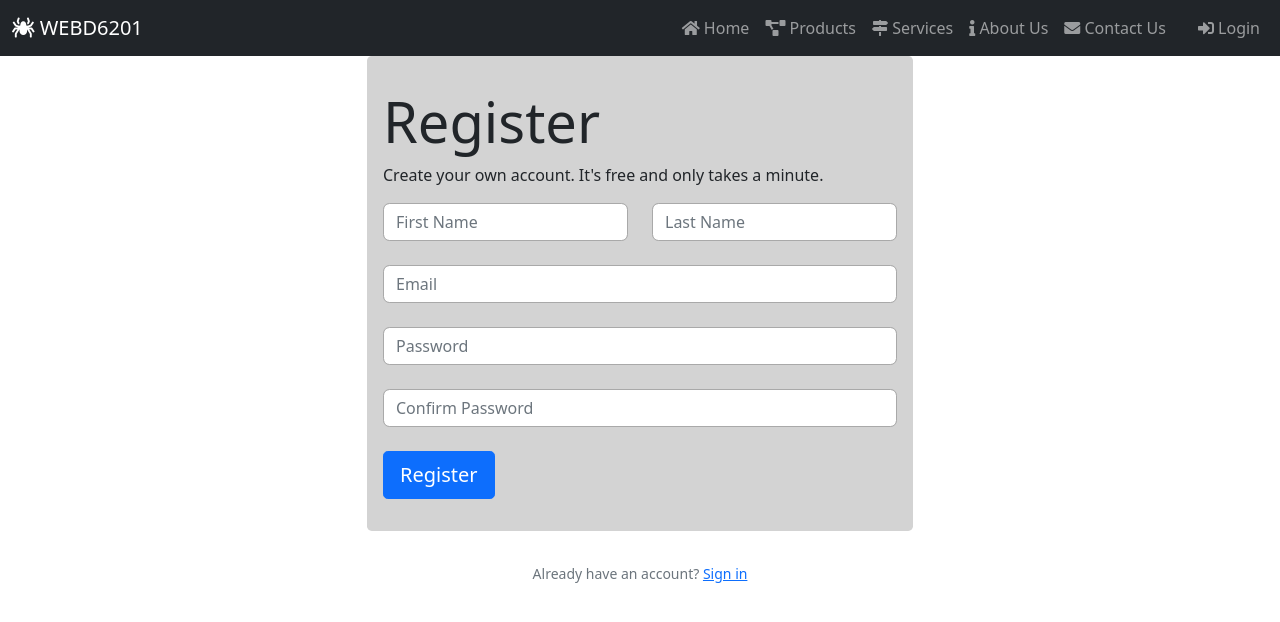
Repository: soumyann/soumyann11.github.io
Page: register.html
The author's editor kept a copy of each file at every save. The page is drawn from the files as they stood at one save, then again after the next save.
The browser window is 1280 px wide. The pictures show the whole page.

Above is the page before, as saved 2022-02-27 14:25:00.
Console error: TypeError: $(...).class is not a function

### register.html
<!DOCTYPE html>
<html lang="en">

<head>
  <meta charset="UTF-8">
  <meta http-equiv="X-UA-Compatible" content="IE=edge">
  <meta name="viewport" content="width=device-width, initial-scale=1.0">
  <title>Register</title>
  <!-- CSS Section -->
  <link rel="stylesheet" href="./node_modules/bootstrap/dist/css/bootstrap.min.css">
  <link rel="stylesheet" href="./node_modules/@fortawesome/fontawesome-free/css/all.min.css">
  <link rel="stylesheet" href="./Content/app.css">
</head>

<body>
  <header></header>

  <!-- Main Content -->
  <main class="container" id="mainContent">
    <div class="row">
      <div class="offset-md-3 col-md-6 col-sm-12">
        <div class="login" id="contentArea">
          <h1 class="display-4">Register</h1>
          <form id="registerForm" novalidate>
            <p class="hint-text">Create your own account. It's free and only takes a minute.</p>

            <div class="form-group">
              <div class="row">
                <div class="col-md-6">
                  <input class="form-control" type="text" name="firstName" id="FirstName" placeholder="First Name"
                    required>
                </div>
                <div class="col-md-6">
                  <input class="form-control" type="text" name="lastName" id="lastName" placeholder="Last Name"
                    required>
                </div>
              </div>
            </div>
            <br />

            <div class="form-group">
              <div class="row">
                <div class="col-md-12">
                  <input type="email" class="form-control" id="emailAddress" name="emailAddress" required value=""
                    placeholder="Email">
                </div>
              </div>

            </div><br />

            <div class="form-group">
              <div class="row">
                <div class="col-md-12">
                  <input type="password" class="form-control" id="password" name="password" required value=""
                    placeholder="Password">
                </div>
              </div>

            </div><br />

            <div class="form-group">
              <div class="row">
                <div class="col-md-12">
                  <input type="password" class="form-control" id="confirmPassword" name="confirmPassword" required
                    value="" placeholder="Confirm Password">
                </div>
              </div>

            </div><br />


            <div class="text-right">
              <button id="submitButton" type="submit" class="btn btn-primary btn-lg">Register</button>
            </div>
          </form>

        </div>
        <p class="text-center text-muted small">
          Already have an account?
          <a href="login.html">Sign in</a>
        </p>
      </div>
    </div>
  </main>


  <!-- Scripting Section -->
  <script src="./node_modules/jquery/dist/jquery.min.js"></script>
  <script src="./node_modules/bootstrap/dist/js/bootstrap.min.js"></script>

  <script src="./Scripts/namespace.js"></script>
  <script src="./Scripts/contact.js"></script>
  <script src="./Scripts/app.js"></script>
</body>

</html>

### Content/app.css
.input-group-addon:first-child
{
    border-right: 0;
}

.input-group-addon
{
    padding: 6px 12px;
    font-size: 14px;
    font-weight: 400;
    line-height: 1;
    text-align: center;
    border: 1px solid darkgrey;
    border-radius: 4xpx;
}

.input-group-addon .fa
{
    font-size: 18px;
}

.input-group .form-control
{
    position:relative;
    z-index: 2;
    float:left;
    margin-bottom: 0;
}

.input-group .form-control:last-child
{
    border-top-left-radius: 0;
    border-bottom-left-radius: 0;
}



.login
{
    padding: 2rem 1rem;
    margin-bottom: 2rem;
    background-color: lightgrey;
    border-radius: .3rem;
}

.login input
{
    background-color: white;
    border-color: darkgrey;
    border-radius: .4em;
    width: 100%;
}

### Scripts/namespace.js
"use strict";
let core;

### Scripts/contact.js
(function (core){

    class Contact
    {

        //public properties (getters and setters)
        get FullName()
        {
            return this.m_fullName;
        }
        set FullName(fullName)
        {
            this.m_fullName=fullName;
        }

        get ContactNumber()
        {
            return this.m_contactNumber;
        }
        set ContactNumber(contactNumber)
        {
            this.m_contactNumber=contactNumber;
        }

        get EmailAddress()
        {
            return this.m_emailAddress;
        }
        set EmailAddress(emailAddress)
        {
            this.m_emailAddress=emailAddress;
        }

        //constructor

        constructor(fullName="", contactNumber="", emailAddress="")
        {
            this.FullName=fullName;
            this.ContactNumber=contactNumber;
            this.EmailAddress=emailAddress;
        }

        //Public methods

        serialize()
        {
            if(this.FullName !== "" && this.ContactNumber !== "" && this.EmailAddress !== "")
            {
                return `${this.FullName},${this.ContactNumber},${this.EmailAddress}`;
            }
            console.error("One or more properties of the Contact Object are missing or empty");
            return null;
        }

        deserialize(data) // assume that the data object is a comma-separated list of properties
        {
            let propertyArray = data.split(",");
            this.FullName = propertyArray[0];
            this.ContactNumber = propertyArray[1];
            this.EmailAddress = propertyArray[2];
        }

        // public overrides

        toString()
        {
            return `Full Name     : ${this.FullName}\nContact Number: ${this.ContactNumber}\nEmail Address : ${this.EmailAddress}`;
        }


    }

     core.Contact = Contact;
})(core || (core = {}));

### Scripts/app.js
// IIFE -- Immediately Invoked Function Expression
// AKA Anonymous Self-Executing Function
(function()
{
    /**
     * This method uses AJAX to open a connection to the url and returns data to the callback function
     *
     * @param {string} method
     * @param {string} url
     * @param {Function} callback
     */
    function AjaxRequest(method, url, callback)
    {
        // step 1 - instantiate an XHR object
        let XHR = new XMLHttpRequest();

        // step 2 - create an event listener / handler for readystatechange event
        XHR.addEventListener("readystatechange", () =>
        {
            if(XHR.readyState === 4 && XHR.status === 200)
            {
               callback(XHR.responseText);
            }
        });

        // step 3 - open a connection to the server
        XHR.open(method, url);

        // step 4 - send the request to the server
        XHR.send();
    }

    /**
     * This function loads the NavBar from the header file and injects it into the page
     *
     * @param {string} data
     */
    function LoadHeader(data)
    {
        $("header").html(data); // data payload
        $(`li>a:contains(${document.title})`).addClass("active"); // add a class of 'active'
        CheckLogin();
    }


    function DisplayAboutPage()
    {
        console.log("About Us Page");
    }

    function DisplayProductsPage()
    {
        console.log("Products Page");
    }

    function DisplayServicesPage()
    {
        console.log("Services Page");
    }


    function DisplayHomePage()
    {
        console.log("Home Page");

        $("#AboutUsButton").on("click", function()
        {
            location.href = "about.html";
        });

        $("main").append(`<p id="MainParagraph" class="mt-3">This is the Main Paragraph</p>`);
        //Article.innerHTML = ArticleParagraph;
        $("body").append(`<article class="container">
        <p id="ArticleParagraph" class="mt-3">This is the Article Paragraph</p>
        </article>`);
    }

    /**
     * Adds a Contact Object to localStorage
     *
     * @param {string} fullName
     * @param {string} contactNumber
     * @param {string} emailAddress
     */
    function AddContact(fullName, contactNumber, emailAddress)
    {
        let contact = new core.Contact(fullName, contactNumber, emailAddress);
        if(contact.serialize())
        {
            let key = contact.FullName.substring(0, 1) + Date.now();

            localStorage.setItem(key, contact.serialize());
        }
    }

    /**
     * This method validates an input text field in the form and displays
     * an error in the message area div element
     *
     * @param {string} input_field_ID
     * @param {RegExp} regular_expression
     * @param {string} error_message
     */
    function ValidateField(input_field_ID, regular_expression, error_message)
    {
        let messageArea = $("#messageArea").hide();

        $("#" + input_field_ID).on("blur", function()
        {
            let input_text_field = $(this).val();
            if(!regular_expression.test(input_text_field))
            {
                $(this).trigger("focus").trigger("select");
                messageArea.addClass("alert alert-danger").text(error_message).show();
            }
            else
            {
                messageArea.removeAttr("class").hide();
            }
        });
    }

    function ContactFormValidation()
    {
        ValidateField("fullName",/^([A-Z][a-z]{1,3}.?\s)?([A-Z][a-z]{1,25})+(\s|,|-)([A-Z][a-z]{1,25})+(\s|,|-)*$/,"Please enter a valid Full Name. This must include at least a Capitalized first name followed by a Capitalized last Name.");
        ValidateField("contactNumber",/^(\+\d{1,3}[\s-.])?\(?\d{3}\)?[\s-.]?\d{3}[\s-.]?\d{4}$/,"Please enter a valid Contact Number. Example: (905) 555-5555");
        ValidateField("emailAddress",/^[a-zA-Z0-9._-]+@[a-zA-Z0-9.-]+\.[a-zA-Z]{2,10}$/,"Please enter a valid Email Address.");
    }

    function DisplayContactPage()
    {
        console.log("Contact Us Page");

        ContactFormValidation();

        let sendButton = document.getElementById("sendButton");
        let subscribeCheckbox = document.getElementById("subscribeCheckbox");

        sendButton.addEventListener("click", function(event)
        {
            //event.preventDefault();

            if(subscribeCheckbox.checked)
            {
                AddContact(fullName.value, contactNumber.value, emailAddress.value);
            }
        });
    }

    function DisplayContactListPage()
    {
        console.log("Contact-List Page");

        if(localStorage.length > 0) // check if localStorage has something in it
        {
            let contactList = document.getElementById("contactList");

            let data = "";

            let keys = Object.keys(localStorage);

            let index = 1;

            //for every key in the keys collection loop
            for(const key of keys)
            {
                let contactData = localStorage.getItem(key); // retrieve contact data from localStorage

                let contact = new core.Contact(); // create an empty Contact Object
                contact.deserialize(contactData);

                data += `<tr>
                <th scope="row" class="text-center">${index}</th>
                <td>${contact.FullName}</td>
                <td>${contact.ContactNumber}</td>
                <td>${contact.EmailAddress}</td>
                <td class="text-center"><button value="${key}" class="btn btn-primary btn-sm edit"><i class="fas fa-edit fa-sm"></i> Edit</button></td>
                <td class="text-center"><button value="${key}" class="btn btn-danger btn-sm delete"><i class="fas fa-trash-alt fa-sm"></i> Delete</button></td>
                </tr>
                `;



                index++;
            }

            contactList.innerHTML = data;

            $("#addButton").on("click", () =>
            {
                location.href = "edit.html#add";
            });

            $("button.delete").on("click", function()
            {
                if(confirm("Are you sure?"))
                {
                    localStorage.removeItem($(this).val());
                }

                location.href = "contact-list.html";
            });

            $("button.edit").on("click", function()
            {
                location.href = "edit.html#" + $(this).val();
            });
        }
    }

    function DisplayEditPage()
    {
        console.log("Edit Page");

        ContactFormValidation();

        let page = location.hash.substring(1);

        switch(page)
        {
            case "add":
                {
                    $("main>h1").text("Add Contact");

                    $("#editButton").html(`<i class="fas fa-plus-circle fa-lg"></i> Add`);

                    $("#editButton").on("click", (event) =>
                    {
                        event.preventDefault();
                        // Add Contactt
                        AddContact(fullName.value, contactNumber.value, emailAddress.value);
                        // Refresh the contact-list page
                        location.href ="contact-list.html";
                    });

                    $("#cancelButton").on("click", () =>
                    {
                        location.href ="contact-list.html";
                    });

                }
                break;
            default:
                {
                    // get the contact info from localStorage
                    let contact = new core.Contact();
                    contact.deserialize(localStorage.getItem(page));

                    // display the contact info in the edit form
                    $("#fullName").val(contact.FullName);
                    $("#contactNumber").val(contact.ContactNumber);
                    $("#emailAddress").val(contact.EmailAddress);

                    // when Edit is pressed - update the contact
                    $("#editButton").on("click", (event)=>
                    {
                        event.preventDefault();

                        // get any changes from the form
                        contact.FullName = $("#fullName").val();
                        contact.ContactNumber = $("#contactNumber").val();
                        contact.EmailAddress = $("#emailAddress").val();

                        // replace the item in localStorage
                        localStorage.setItem(page, contact.serialize());

                        // return to the contact-list
                        location.href ="contact-list.html";
                    });

                    $("#cancelButton").on("click", () =>
                    {
                        location.href ="contact-list.html";
                    });

                }
                break;
        }
    }

    function DisplayLoginPage()
    {
        console.log("Login Page");

        let messageArea = $("#messageArea");
        messageArea.hide();

        $("#loginButton").on("click", function()
        {
            let success = false;

            // create an empty User object
            let newUser = new core.User();

            // use jQuery shortcut to load the users.json file
            $.get("./Data/users.json", function(data)
            {
                // for everry user in the users.json file, loop
                for (const user of data.users)
                {
                    // check if the username and password entered match with user
                    if(username.value == user.Username && password.value == user.Password)
                    {
                        // get the user data from the file and assign it to our empty user object
                        newUser.fromJSON(user);
                        success = true;
                        break;
                    }
                }

                 // if username and password matches - success...perform the login sequence
                if(success)
                {

                    // add user to session storage
                    sessionStorage.setItem("user", newUser.serialize());

                    // hide any error messages
                    messageArea.removeAttr("class").hide();

                    // redirect the user to the secure area of our site - contact-list
                    location.href = "contact-list.html";


                }
                else
                {
                    // display an error message
                    $("#username").trigger("focus").trigger("select");
                    messageArea.addClass("alert alert-danger").text("Error: Invalid Login Information.").show();
                }
            });



            $("#cancelButtton").on("click", function()
            {
                // clear the login form
                document.forms[0].reset();

                // return to  the home page
                location.href = "index.html";
            });
        });
    }

    function CheckLogin()
    {
        // if user is logged in
        if(sessionStorage.getItem("user"))
        {
            // swap out the login link for the logout link
            $("#login").html(
                `<a id="logout" class="nav-link" href="#"><i class="fas fa-sign-out-alt"></i> Logout</a>`
            );

            $("#loginUser").text(sessionStorage.getItem("user").split(",")[0]);

            $("#logout").on("click", function()
            {
                // perform logout
                sessionStorage.clear();

                // redirect back to login
                location.href = "login.html";
            });
        }
        else {
            $("#loginUser").class("display:none;");
        }
    }

    function DisplayRegisterPage()
    {
        console.log("Register Page");
    }

    // named function
    function Start()
    {
        console.log("App Started!!");

        AjaxRequest("GET", "header.html", LoadHeader);



        switch (document.title) {
          case "Home":
            DisplayHomePage();
            break;
          case "Contact Us":
            DisplayContactPage();
            break;
          case "Contact-List":
            DisplayContactListPage();
            break;
          case "About Us":
            DisplayAboutPage();
            break;
          case "Our Products":
            DisplayProductsPage();
            break;
          case "Our Services":
            DisplayServicesPage();
            break;
          case "Edit":
            DisplayEditPage();
            break;
          case "Login":
            DisplayLoginPage();
            break;
          case "Register":
            DisplayRegisterPage();
            break;
        }
    }

    window.addEventListener("load", Start);

})();

### header.html
<nav class="navbar navbar-expand-lg navbar-dark bg-dark">
  <div class="container-fluid">
    <a class="navbar-brand" href="index.html"><i class="fas fa-spider"></i> WEBD6201</a>
    <button class="navbar-toggler" type="button" data-bs-toggle="collapse" data-bs-target="#navbarSupportedContent"
      aria-controls="navbarSupportedContent" aria-expanded="false" aria-label="Toggle navigation">
      <span class="navbar-toggler-icon"></span>
    </button>
    <div class="collapse navbar-collapse" id="navbarSupportedContent">
      <ul class="navbar-nav ms-auto mb-2 mb-lg-0">
        <li class="nav-item">
          <a class="nav-link" href="index.html"><i class="fas fa-home"></i> Home</a>
        </li>
        <li class="nav-item">
          <a class="nav-link" href="products.html"><i class="fas fa-project-diagram"></i> Products</a>
        </li>
        <li class="nav-item">
          <a class="nav-link" href="services.html"><i class="fas fa-map-signs"></i> Services</a>
        </li>
        <li class="nav-item">
          <a class="nav-link" href="about.html"><i class="fas fa-info"></i> About Us</a>
        </li>
        <li class="nav-item">
          <a class="nav-link" href="contact.html"><i class="fas fa-envelope"></i> Contact Us</a>
        </li>
        <li class="nav-item">
          <span id="loginUser" class="nav-link"></span>
        </li>
        <li id="login" class="nav-item">
          <a class="nav-link" href="login.html"><i class="fas fa-sign-in-alt"></i> Login</a>
        </li>
      </ul>
    </div>
  </div>
</nav>

Loaded but not shown: node_modules/bootstrap/dist/css/bootstrap.min.css (library); node_modules/@fortawesome/fontawesome-free/css/all.min.css (library); node_modules/jquery/dist/jquery.min.js (library); node_modules/bootstrap/dist/js/bootstrap.min.js (library)

After the next save:
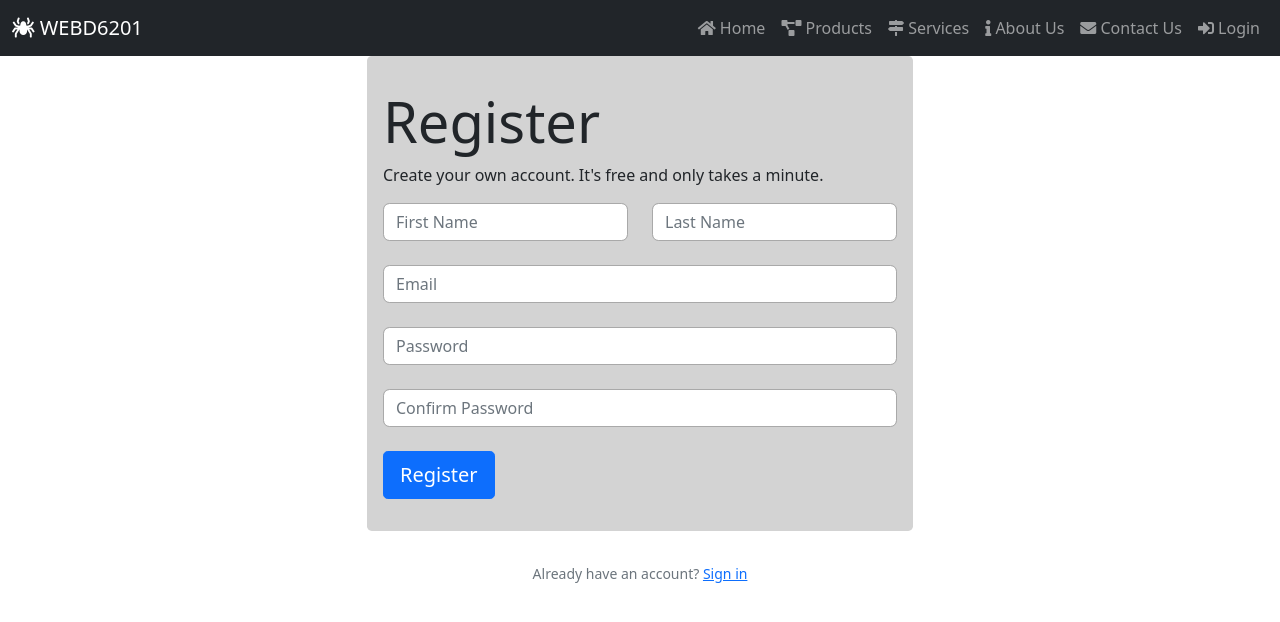
The error is gone.
Saved 49 s later.
--- a/Scripts/app.js
+++ b/Scripts/app.js
@@ -353,7 +353,7 @@
             $("#login").html(
                 `<a id="logout" class="nav-link" href="#"><i class="fas fa-sign-out-alt"></i> Logout</a>`
             );
-
+            $("#loginUser").show();
             $("#loginUser").text(sessionStorage.getItem("user").split(",")[0]);
 
             $("#logout").on("click", function()
@@ -366,7 +366,7 @@
             });
         }
         else {
-            $("#loginUser").class("display:none;");
+            $("#loginUser").hide();
         }
     }
 
